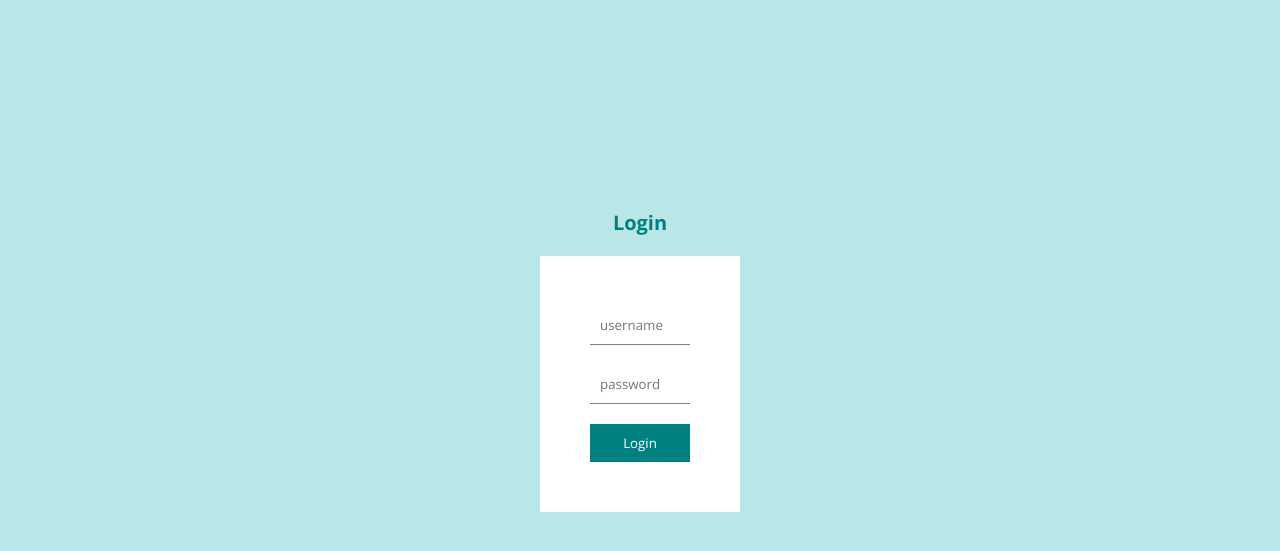
Repository: juansesu3/Blog-Full-Stack
Page: /login (app in client/blog/)
An editor plug-in stored every save of this project. The page is shown before and after the next save, followed by the edit.
The browser window is 1280 px wide. The pictures show the whole page.
The project was rebuilt for these pictures with package versions that can differ from the ones it lists, and the page was loaded fresh each time. Also part of the build but not shown: client/blog/vite.config.js, client/blog/src/pages/Register.jsx, client/blog/src/pages/Single.jsx, client/blog/src/pages/Write.jsx, client/blog/src/pages/Home.jsx, client/blog/src/components/Navbar.jsx, client/blog/src/components/Footer.jsx.

Above is the page before, as saved 2023-04-18 13:43:08.

After the next save:
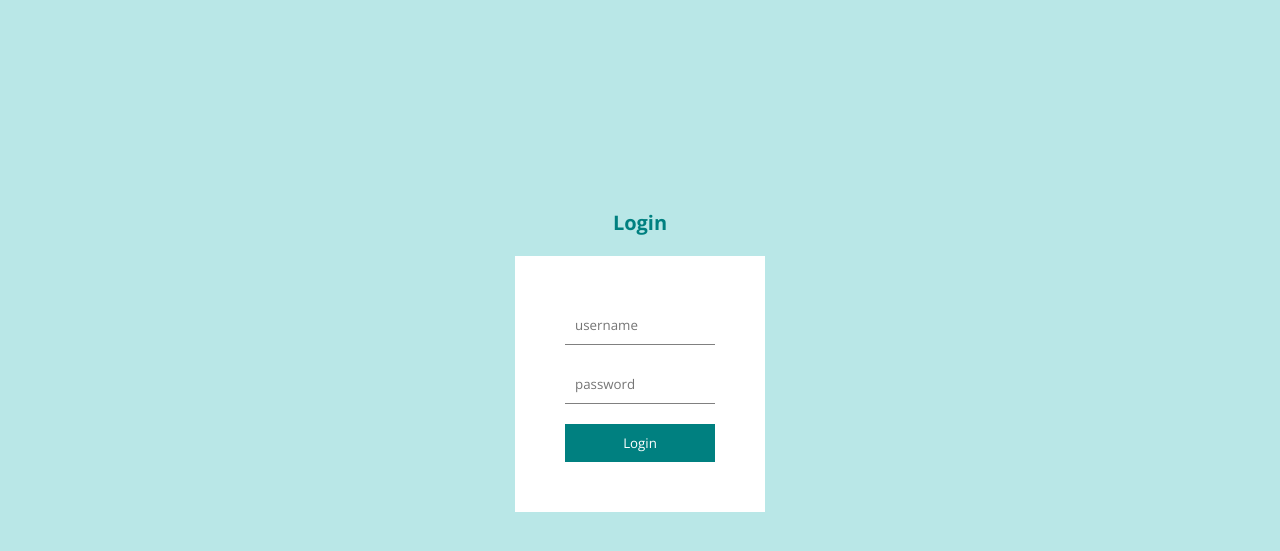
Saved 70 s later.
--- a/client/blog/src/style.scss
+++ b/client/blog/src/style.scss
@@ -27,7 +27,7 @@ $lightGreen: #b9e7e7;
             flex-direction: column;
             padding: 50px;
             background-color: white;
-            width: 200px;
+            width: 250px;
             gap: 20px;
         }
         input{
